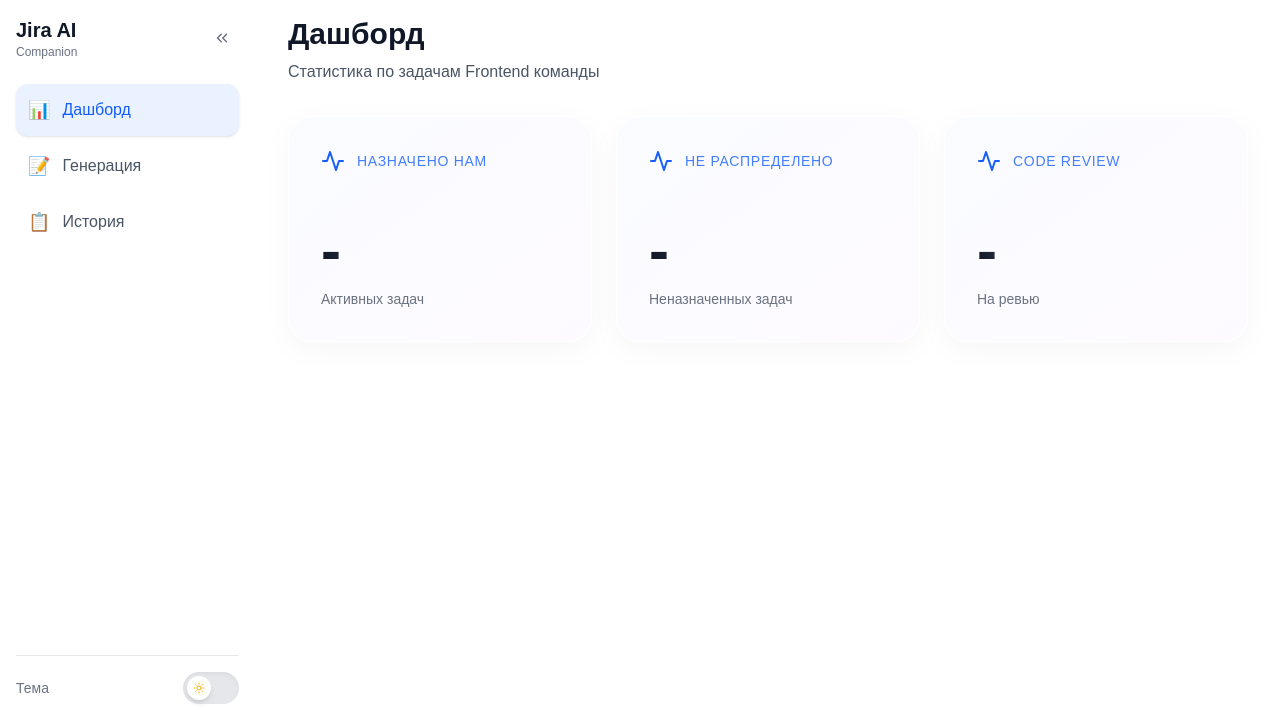
Repository: iposho/jira-ai-companion
Page: /
These files come from the project's save history. The page is drawn as it stood at one moment and after a run of saves; the edit follows.
The browser window is 1280 px wide. The pictures show the whole page.
The page's requests for data from a server got no answer. The project was rebuilt for these pictures with package versions that can differ from the ones it lists, and the page was loaded fresh each time. The framework's server and built-in components were replaced by stand-ins that run in the browser. No one was signed in, and anything a server would have sent is missing. Also part of the build but not shown: next.config.ts.

Above is the page before, as saved 2026-01-04 05:34:45.

After the next 2 saves:
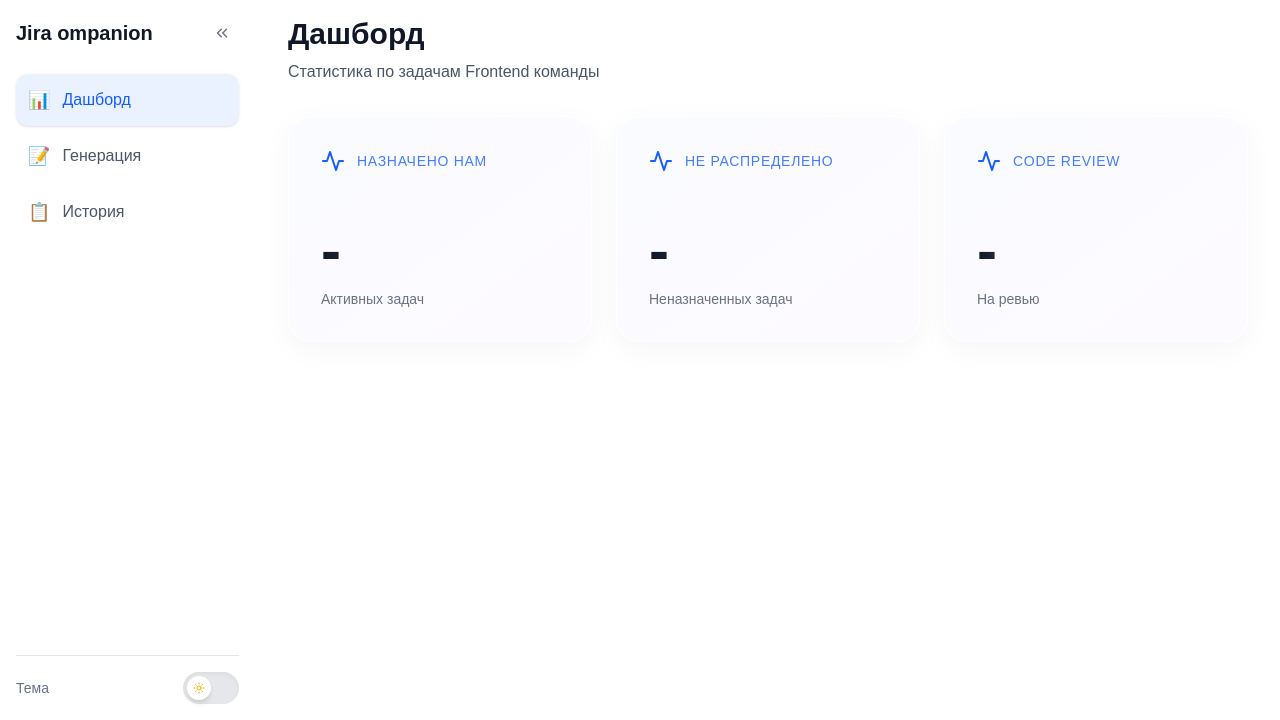
The 2 saves are shown as one change because they came seconds apart.
The last was saved 13 s later.
--- a/src/widgets/sidebar/ui/sidebar.tsx
+++ b/src/widgets/sidebar/ui/sidebar.tsx
@@ -35,11 +35,8 @@
         {!collapsed && (
           <div>
             <h1 className="text-xl font-bold text-gray-900 dark:text-white">
-              Jira AI
+              Jira ompanion
             </h1>
-            <p className="text-xs text-gray-500 dark:text-gray-400">
-              Companion
-            </p>
           </div>
         )}
         <button
